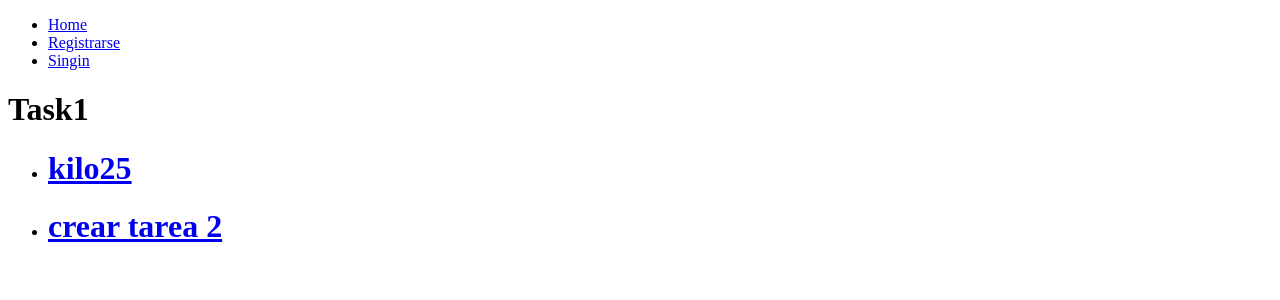
Repository: fercho9922/django-auth-crud
Page: http://localhost/tasks/
These files come from the project's save history. The page is drawn as it stood at one moment and after the next save; the edit follows.
The browser window is 1280 px wide. The pictures show the whole page.
The page is served by the project's application, run on Django 5.2 (manage.py). Other server files are loaded and not shown. The page reads the database file committed with the project.

Above is the page before, as saved 2024-04-12 09:55:30.

### tasks/templates/tasks.html
{% extends 'base.html' %}

{% block content %}

<h1>Task1</h1>

<ul>
    {% for task in tasks %}
    <li>
        <a href="{% url 'task_detail' task.id %}">
        <h1>{{task.title}}</h1>
        </a>
    </li>
    {% endfor %}
</ul>



{% endblock %}

### tasks/templates/base.html
<!DOCTYPE html>
<html lang="en">
<head>
    <meta charset="UTF-8">
    <meta name="viewport" content="width=device-width, initial-scale=1.0">
    <title>Django crud application</title>
</head>
<body>
    <nav>
        <ul>
            <li>
                <a href="/">Home</a>
            </li>
            {% if user.is_authenticated %}
            <li>
                <a href="/tasks/create">Create task</a>
            </li>
            <li>
                <a href="/tasks">Tasks</a>
            </li>
            <li>
                <a href="/logout">logout</a>
            </li>
            {% else %}
                <li>
                    <a href="/signup">Registrarse</a>
                </li>
                <li>
                    <a href="/signin">Singin</a>
                </li>
            {% endif %}
        </ul>
    </nav>
    {% block content %}
    {% endblock %}
</body>
</html>

### tasks/models.py
from django.db import models
from django.contrib.auth.models import User

# Create your models here.
class task(models.Model):
    title=models.CharField(max_length=100)
    description=models.TextField(blank=True)
    created=models.DateTimeField(auto_now_add=True)
    datecompleted=models.DateTimeField(null=True)
    important=models.BooleanField(default=False)
    user=models.ForeignKey(User, on_delete=models.CASCADE)

    def __str__(self):
        return self.title

### tasks/views.py
from django.shortcuts import render, redirect, get_object_or_404
from django.http import HttpResponse
from django.contrib.auth.forms import UserCreationForm, AuthenticationForm
from django.contrib.auth import login, logout, authenticate
from django.db import IntegrityError
from django.contrib.auth.models import User
from .forms import TaskForm
from .forms import task
from django.utils import timezone
# Create your views here.

def home(request):
    return render(request, 'home.html')


def signup(request):

    if request.method == 'GET':
        print('Enviando formulario')
        return render(request, 'signup.html',{
            'form':UserCreationForm
        })
    else:
        if request.POST['password1']==request.POST['password2']:
            #Registrar usuario
            try:
                user= User.objects.create_user(username=request.POST['username'],password=request.POST['password1'])
                user.save()
                login(request, user)
                return redirect('tasks')

            except IntegrityError:
                return render(request, 'signup.html', {
                'form':UserCreationForm,
                "error": 'USername already exist'
                })

        return render(request, 'signup.html', {
                'form':UserCreationForm,
                "error": 'Password do not match'
                })
        print(request.POST)
        print('Obteniendo datos')


def create_task(request):

    if request.method == 'GET':
        return render(request, 'create_task.html',{
        'form':TaskForm
    })
    else:
        try:
            form=TaskForm(request.POST)
            new_task=form.save(commit=False)
            new_task.user=request.user
            new_task.save()
            return redirect('tasks')
        except ValueError:
            return render (request, 'create_task.html',{
            'form': TaskForm,
            'error': 'please provide valida data'
            })


def task_detail(request, task_id):
    if request.method == 'GET':
        tarea=get_object_or_404(task,pk=task_id)
        form=TaskForm(instance=tarea)
        return render(request, 'task_detail.html',{'task':tarea, 'form':form})
    else:
        try:
            tarea=get_object_or_404(task,pk=task_id)
            form=TaskForm(request.POST, instance=tarea)
            form.save()
            return redirect('tasks')
        except ValueError:
            return render(request, 'task_detail.html',{'task':tarea, 'form':form, 'error': 'Error updating task'})



def complete_task(request, task_id):
    tasks = get_object_or_404(task, pk=task_id, user=request.user)  # Utilizamos task en minúsculas
    if request.method == 'POST':
        tasks.datecompleted = timezone.now()
        tasks.save()
        return redirect('tasks')

def delete_task(request, task_id):
    tasks = get_object_or_404(task, pk=task_id, user=request.user)  # Utilizamos task en minúsculas
    if request.method == 'POST':
        tasks.delete()
        return redirect('tasks')



def tasks(request):
    tasks=task.objects.all()
    return render(request, 'tasks.html',{'tasks': tasks})

def signout(request):
    logout(request)
    return redirect('home')

def signin(request):
   if request.method == 'GET':
    return render(request, 'signin.html',{
    'form': AuthenticationForm

    })
   else:
        user = authenticate(request, username=request.POST['username'], password=request.POST['password'])
        if user is None:
            print(request.POST)
            return render(request, 'signin.html', {
            'form': AuthenticationForm,
            'error': 'Username or password is incorrect'
            })
        else:
            login(request, user)
            return redirect('tasks')

### djangocrud/urls.py
"""
URL configuration for djangocrud project.

The `urlpatterns` list routes URLs to views. For more information please see:
    https://docs.djangoproject.com/en/5.0/topics/http/urls/
Examples:
Function views
    1. Add an import:  from my_app import views
    2. Add a URL to urlpatterns:  path('', views.home, name='home')
Class-based views
    1. Add an import:  from other_app.views import Home
    2. Add a URL to urlpatterns:  path('', Home.as_view(), name='home')
Including another URLconf
    1. Import the include() function: from django.urls import include, path
    2. Add a URL to urlpatterns:  path('blog/', include('blog.urls'))
"""
from django.contrib import admin
from django.urls import path
from tasks import views

urlpatterns = [
    path('admin/', admin.site.urls),
    path('',views.home, name='home'),
    path('signup/',views.signup, name='signup'),
    path('tasks/',views.tasks, name='tasks'),
    path('tasks/create/',views.create_task, name='create_task'),
    path('tasks/<int:task_id>/', views.task_detail, name='task_detail'),
    path('tasks/<int:task_id>/complete', views.complete_task, name='complete_task'),
    path('tasks/<int:task_id>/delete', views.delete_task, name='delete_task'),
    path('logout/',views.signout, name='logout'),
    path('signin/',views.signin, name='signini'),

]

### db.sqlite3 (the tables this page reads, as SQL)
CREATE TABLE "tasks_task" ("id" integer NOT NULL PRIMARY KEY AUTOINCREMENT, "title" varchar(100) NOT NULL, "description" text NOT NULL, "created" datetime NOT NULL, "datecompleted" datetime NULL, "important" bool NOT NULL, "user_id" integer NOT NULL REFERENCES "auth_user" ("id") DEFERRABLE INITIALLY DEFERRED);
INSERT INTO "tasks_task" VALUES
(9, 'kilo25', 'jkeeorpeefjkafhe', '2024-04-12 18:00:57.282555', NULL, 0, 9),
(12, 'crear tarea 2', 'jlakeiao', '2024-04-15 18:09:21.291021', NULL, 0, 9);

After the next save:
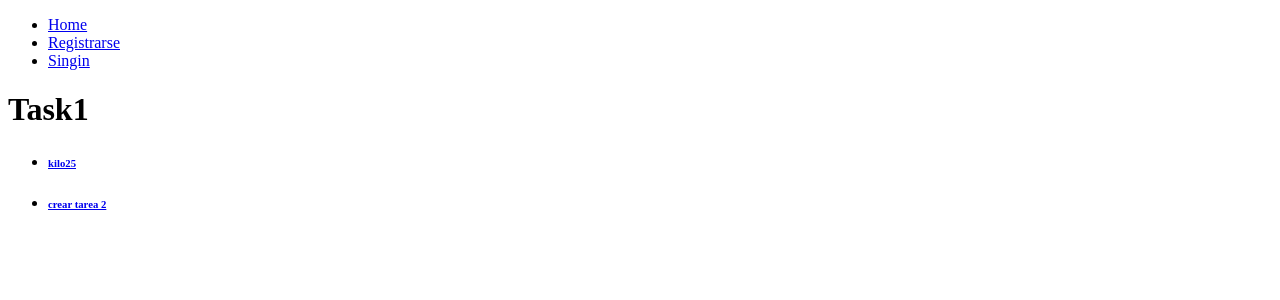
Saved 83 s later.
--- a/tasks/templates/tasks.html
+++ b/tasks/templates/tasks.html
@@ -8,7 +8,7 @@
     {% for task in tasks %}
     <li>
         <a href="{% url 'task_detail' task.id %}">
-        <h1>{{task.title}}</h1>
+        <h6>{{task.title}}</h6>
         </a>
     </li>
     {% endfor %}
